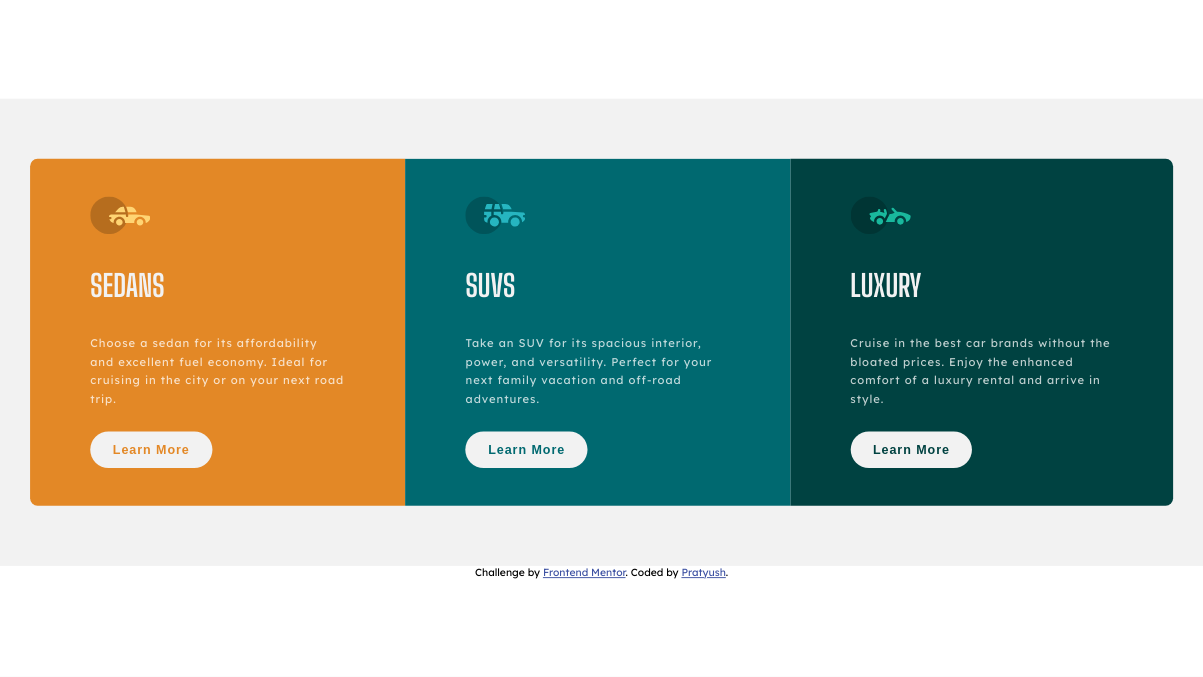
Repository: PratypartyY2K/frontendmentor-challenges
Page: 3-column-card/index.html
An editor plug-in stored every save of this project. The page is shown before and after the next save, followed by the edit.
The browser window is 1280 px wide. The pictures show the whole page, at 94% of full size.

Above is the page before, as saved 2021-07-14 13:00:23.

After the next save:
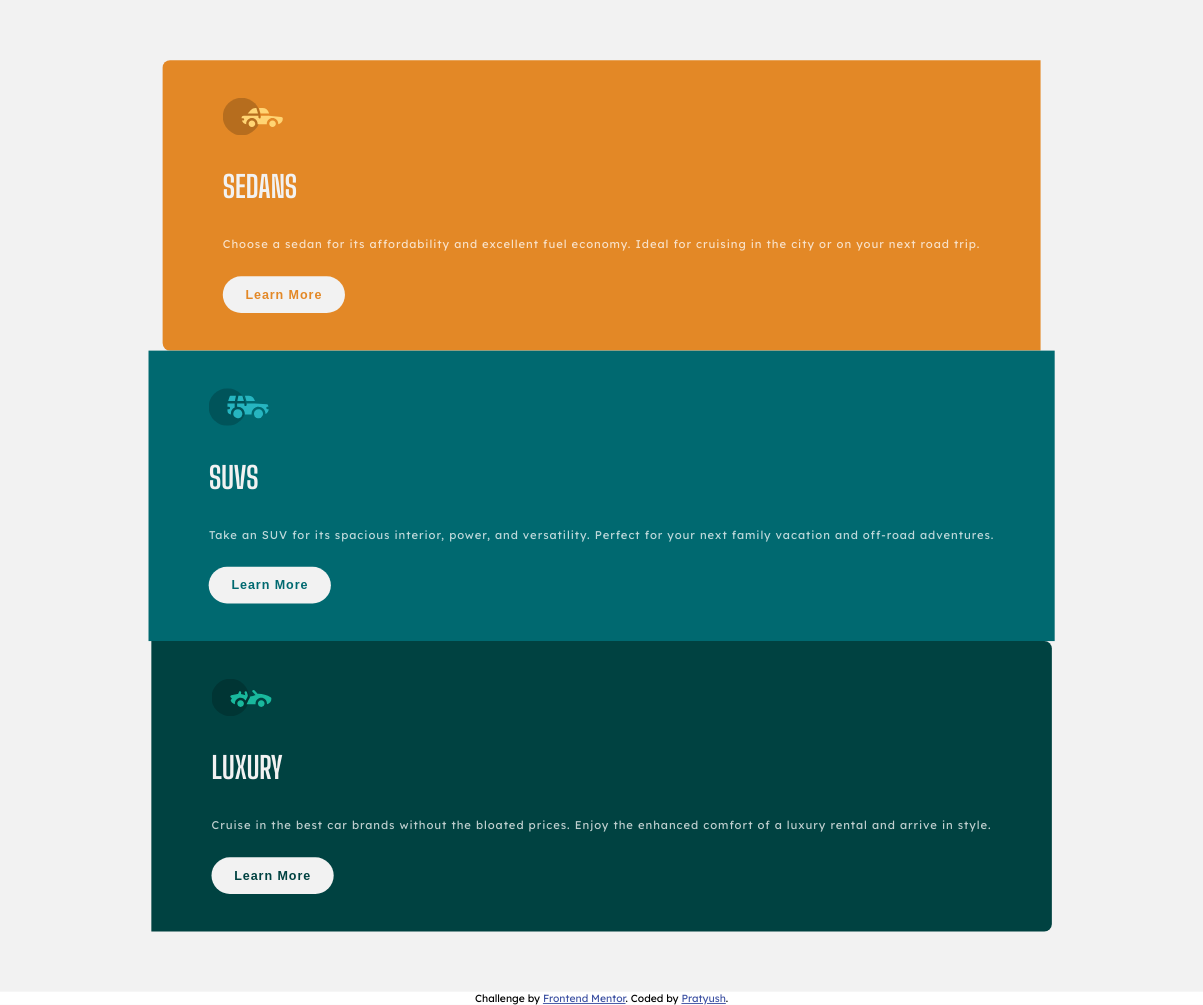
Saved 22 s later.
--- a/3-column-card/style.css
+++ b/3-column-card/style.css
@@ -10,16 +10,16 @@
 body {
     margin: 0;
     font-family: 'Lexend Deca', sans-serif;
+
+}
+
+.card-wrapper {
+    background-color: var(--neutral-gray);
     min-height: 100vh;
     display: flex;
     flex-direction: column;
     justify-content: center;
     align-items: center;
-}
-
-.card-wrapper {
-    background-color: var(--neutral-gray);
-    display: flex;
     padding: 4rem 2rem;
 }
 
